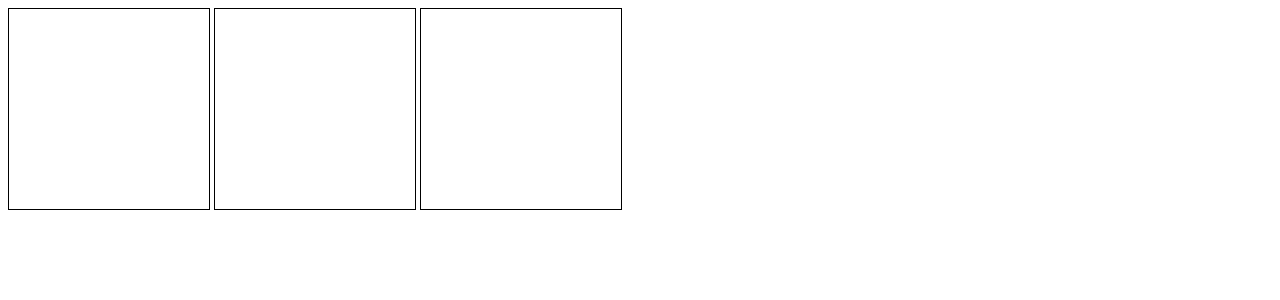
Repository: ElaineArchbold/mobile_first
Page: index.html
The author's editor kept a record of every edit. The page is drawn from the files as they stood at one moment, then again after the next edit.
The browser window is 1280 px wide. The pictures show the whole page.

Above is the page before.

After the next edit:
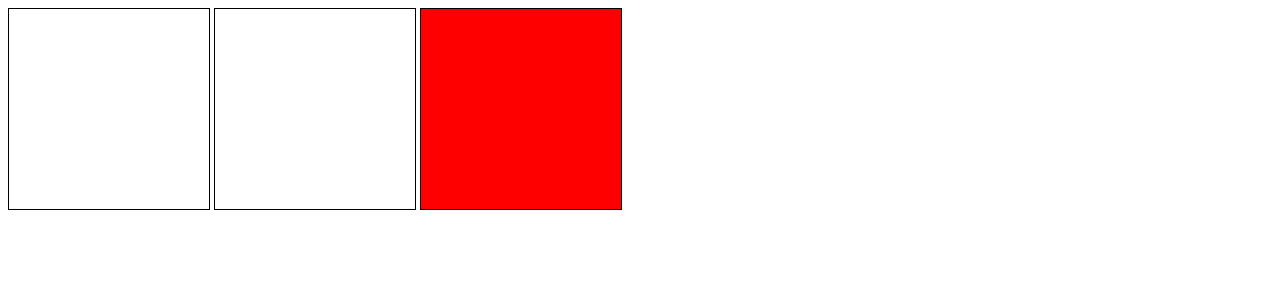
The edit:
--- a/style.css
+++ b/style.css
@@ -18,3 +18,9 @@
         background-color: #bada55;
     }
 }
+
+@media (min-width: 992px) and (max-width: 1800px) {
+    .desktop {
+        background-color: red;
+    }
+}
